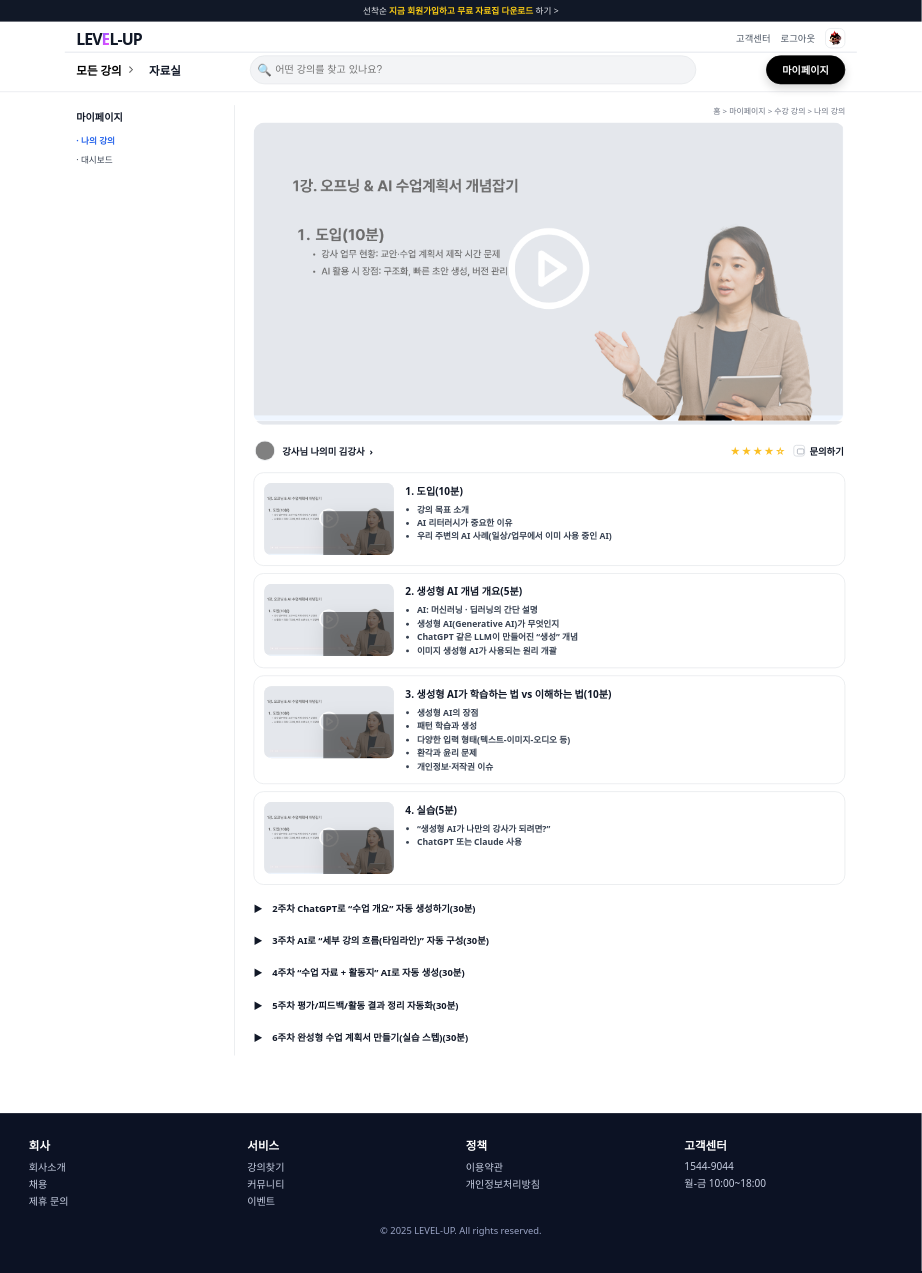
Repository: Iimchaehoon/level_up
Page: my_lecture.html
These files come from the project's save history. The page is drawn as it stood at one moment and after the next save; the edit follows.
The browser window is 1280 px wide. The pictures show the whole page, at 72% of full size.

Above is the page before, as saved 2025-12-14 01:29:44.

After the next save:
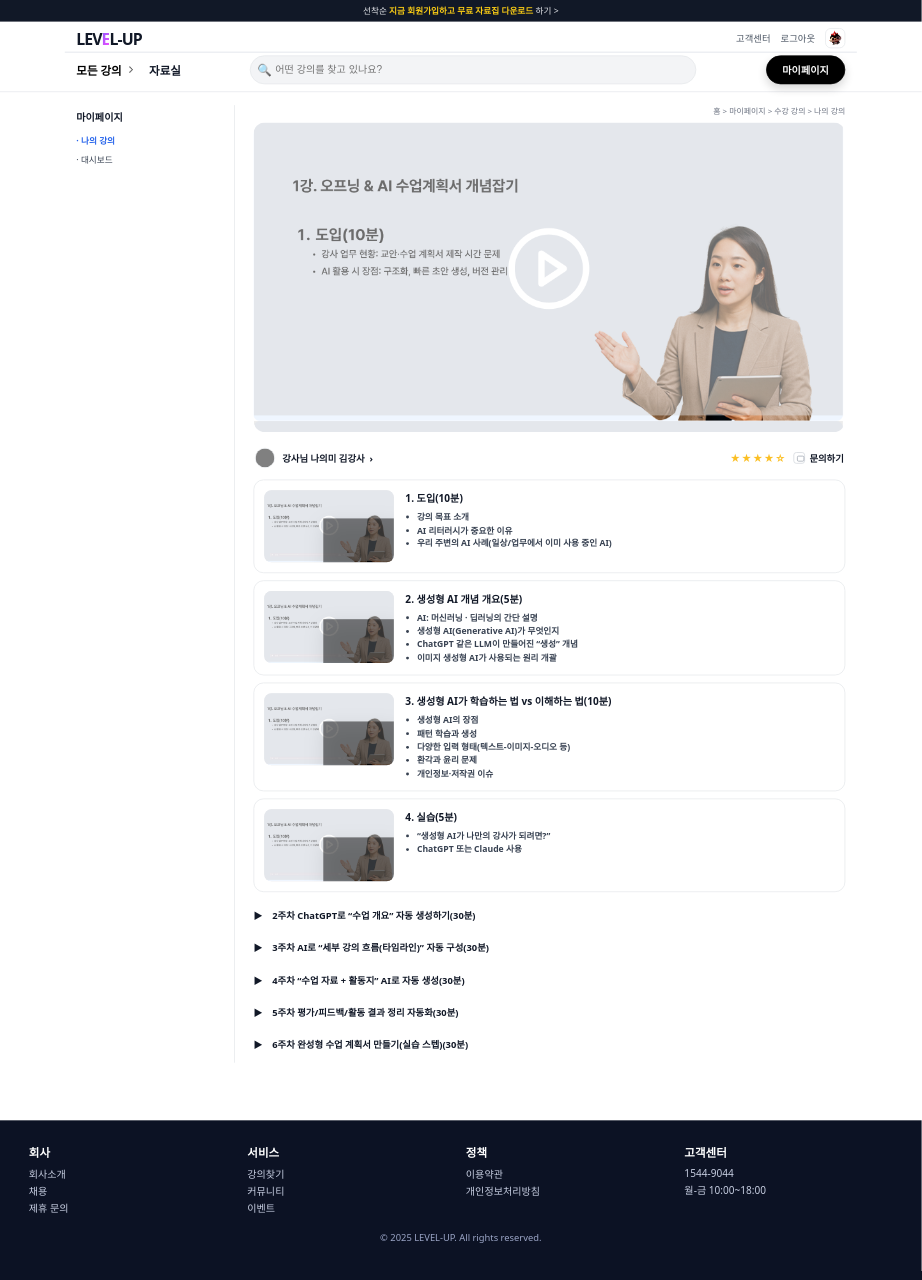
Saved 4 s later.
--- a/my_lecture.html
+++ b/my_lecture.html
@@ -165,7 +165,7 @@
 
     /* 상단 히어로 카드 */
     .hero-card{
-      height: 420px;
+      height: 430px;
       background:url(./my_lec/Group_427322280.png);
       background-size: contain;
       border-radius:16px;

After the save that followed:
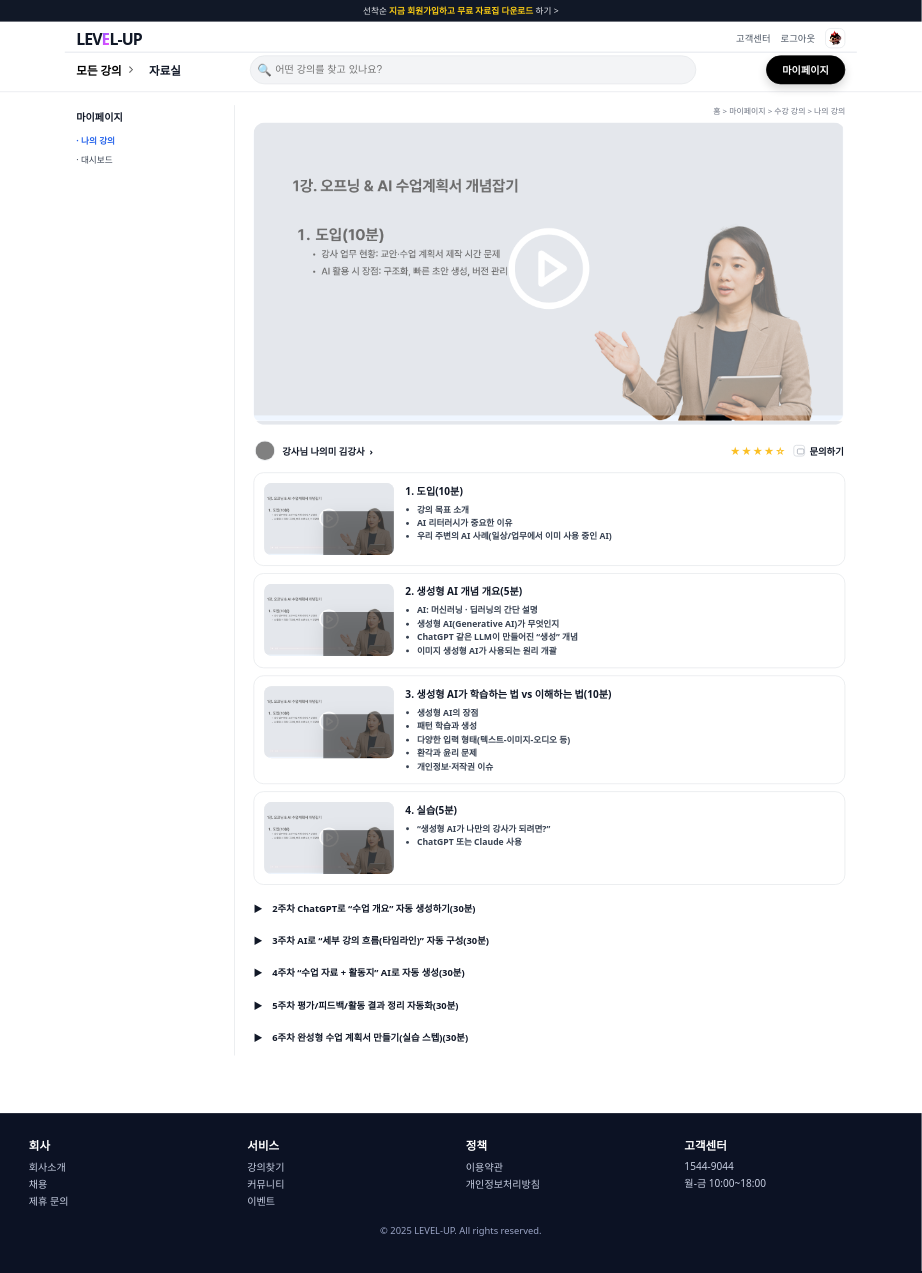
Saved 4 s later.
--- a/my_lecture.html
+++ b/my_lecture.html
@@ -165,7 +165,7 @@
 
     /* 상단 히어로 카드 */
     .hero-card{
-      height: 430px;
+      height: 420px;
       background:url(./my_lec/Group_427322280.png);
       background-size: contain;
       border-radius:16px;
